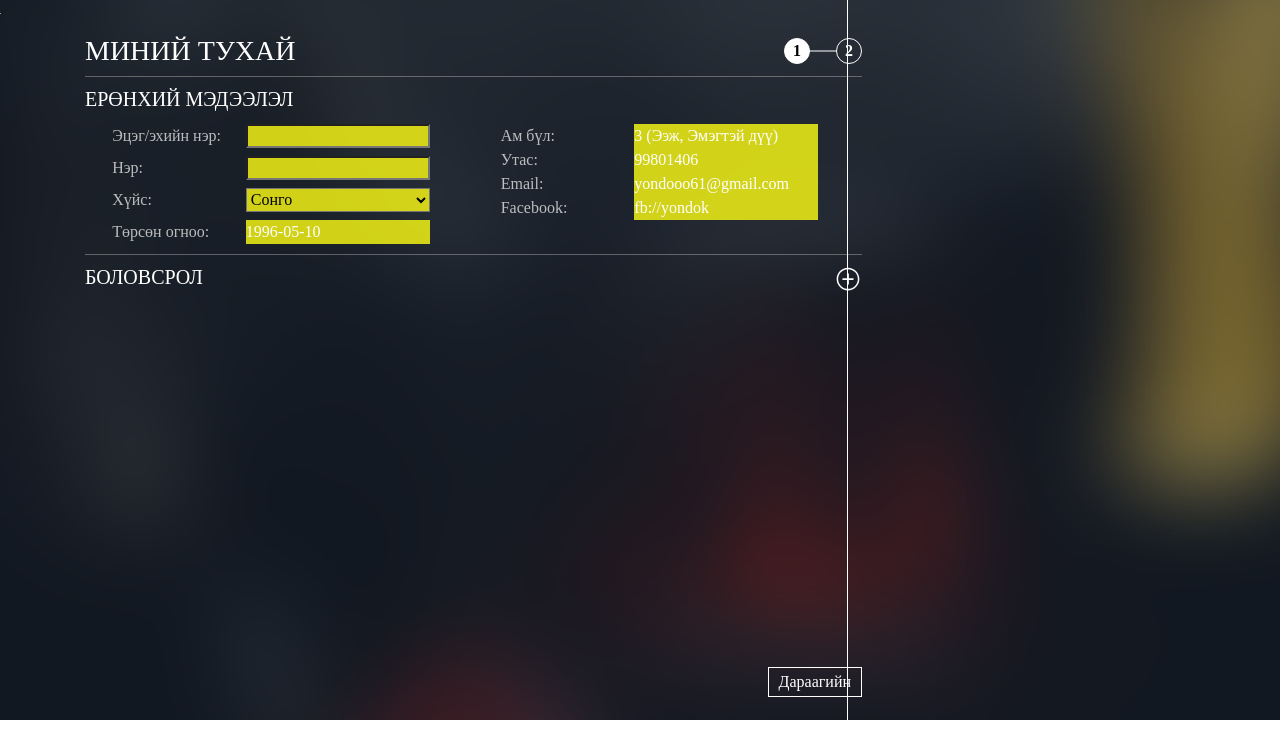
Repository: Yondo202/svProject
Page: /
The author's editor kept a copy of each file at every save. The page is drawn from the files as they stood at one save, then again after the next save.
The browser window is 1280 px wide. The pictures show the whole page.
The project was rebuilt for these pictures with package versions that can differ from the ones it lists, and the page was loaded fresh each time. The framework's server and built-in components were replaced by stand-ins that run in the browser. Also part of the build but not shown: next.config.js, style/style.scss.

Above is the page before, as saved 2020-11-20 01:26:45.

### pages/_app.js
import React from "react";
import App from "next/app";
import '../style/style.scss'
import { AnimatePresence } from "framer-motion";
import { MenuProvider } from "@/miscs/ContextMenuProvider";
import { ThemeProvider } from "styled-components";
import * as theme from "@/miscs/theme";
import checkLanguage from "@/components/miscs/checkLanguage";

const base = "http://localhost:1337";

class MyApp extends App {
    state = {
        menu: [],
        completelyLoaded: false,
    };
    // async componentDidMount() {
    //     let res = await checkLanguage(queryString, null);
    //     this.setState({ completelyLoaded: true, menu: res.data.menu.Main});
    // }

    render() {
        const { Component, pageProps, router } = this.props;

        return (
            <ThemeProvider theme={theme}>
                <MenuProvider value={this.state}>
                    <AnimatePresence exitBeforeEnter>
                        <Component {...pageProps} key={router.route} />
                    </AnimatePresence>
                </MenuProvider>
            </ThemeProvider>
        );
    }
}

export default MyApp;

const queryString = ``

// const queryString = `
// {
// menu {
//     Main {
//     Title Slug Page {
//         Slug
//         }
//         }
//     }
// }`;

### pages/_document.js
import css from '../style/style.scss'
import Document, { Html, Head, Main, NextScript } from 'next/document'
import Pixel from "@/components/miscs/Pixel";

class MyDocument extends Document {
    render(){
        return(
            <Html lang="mn">
                <Head>
                    <link rel="stylesheet" href="https://stackpath.bootstrapcdn.com/bootstrap/4.3.1/css/bootstrap.min.css" integrity="sha384-ggOyR0iXCbMQv3Xipma34MD+dH/1fQ784/j6cY/iJTQUOhcWr7x9JvoRxT2MZw1T" crossOrigin="anonymous"/>
                    <link rel="shortcut icon" href="/img/ico.png" />
                    <link href="https://fonts.googleapis.com/css2?family=Roboto:wght@300;400;700&display=swap" rel="stylesheet"/>
                    <link href="https://fonts.googleapis.com/css2?family=Poppins:wght@300;400;500&display=swap" rel="stylesheet"></link>
                    <Pixel/>
                </Head>
                <body>
                    <Main/>
                    <NextScript/>
                </body>
            </Html>
        )
    }
}

export default MyDocument

### pages/index.js
import React from "react";
import { motion } from "framer-motion";
import Background from '../components/Top'
import Forms from '../components/mainForm'

function index() {
    return (
        <div>
            <Background />
            <Forms />
        </div>
    )
}

export default index




























// import Root from "@/core/Root";
// import ResolveComponent from "@/components/dynamic/ResolveComponent"
// import checkLanguage from "@/components/miscs/checkLanguage";
// import { MenuContext } from '@/miscs/ContextMenuProvider'
// import { useContext } from "react";

// const Index = ({ data }) => {

//     let { Layout } = data
//     const { completelyLoaded } = useContext(MenuContext);

//     return (
//         <motion.div exit={{ opacity: 0 }} initial={{ opacity: 0 }} animate={{ opacity: 1 }} >
//             <Root noFooter>
//                 {completelyLoaded &&
//                     <ResolveComponent data={Layout} />
//                 }
//             </Root>
//         </motion.div>
//     );

// };
// export default Index;

// export async function getServerSideProps({ params, req }) {
//     let res = await checkLanguage('/home', req, true);
//     return { props: { data: res.data } }
// }

### components/miscs/ContextMenuProvider.js
import React from 'react';

const MenuContext = React.createContext();

const MenuProvider = MenuContext.Provider
const MenuConsumer = MenuContext.Consumer

export {MenuProvider, MenuConsumer, MenuContext}

### components/miscs/theme.js
export const colorOne = "#532532";
export const colorTwo = "#123123";
export const fontSize = "16px";
export const fontFamily1 = "Poppins', sans-serif"

### components/miscs/checkLanguage.js
import fetch from "node-fetch";
import parseCookies from '@/miscs/parseCookies';

const checkLanguage = async (queryString, req, normal) =>{

    const cookies = parseCookies(req);
    const httpObject = { method: 'post', headers: { 'Content-Type': 'application/json'}, body: JSON.stringify({ query: `query ${queryString}`})}

    if(normal){
        return new Promise(async(resolve, reject) => {
            if(cookies['tb-lang'] === "en"){
                const res = await fetch(`http://localhost:1337${queryString}`);
                const pageData = await res.json();
                return resolve({data: pageData});
            }
            else{
                const res = await fetch(`http://localhost:1337${queryString}`);
                const pageData = await res.json();
                return resolve({data: pageData});
            }
        })
    }

    return new Promise(async(resolve, reject)=>{
      if(cookies['tb-lang'] === "en"){
          const res = await fetch('http://localhost:1337/graphql', httpObject)
          const pageData = await res.json()
          return resolve({data: pageData.data});
      }
      else{
          const res = await fetch('http://localhost:1337/graphql', httpObject)
          const pageData = await res.json()
          return resolve({data: pageData.data});
      }
    })

}

export default checkLanguage

### components/miscs/Pixel.js
import React from "react";

export default () => (
    <React.Fragment>
        <script
            dangerouslySetInnerHTML={{
                __html: `!function(f,b,e,v,n,t,s){if(f.fbq)return;n=f.fbq=function(){n.callMethod?n.callMethod.apply(n,arguments):n.queue.push(arguments)};if(!f._fbq)f._fbq=n;n.push=n;n.loaded=!0;n.version='2.0';n.queue=[];t=b.createElement(e);t.async=!0;t.src=v;s=b.getElementsByTagName(e)[0];s.parentNode.insertBefore(t,s)}(window,document,'script','https://connect.facebook.net/en_US/fbevents.js');fbq('init', '626874991348714'); fbq('track', 'PageView');`,
            }}
        />
        <noscript
            dangerouslySetInnerHTML={{
                __html: `<img height="1" width="1" src="https://www.facebook.com/tr?id=626874991348714&ev=PageView&noscript=1"/>`,
            }}
        />
    </React.Fragment>
);

### components/Top.js
// import React from 'react';

// const Test = ({data}) => {
//     return (
//         <div>
//             {data.Title && <h1>{data.Title}hahhaha</h1>}
//         </div>
//     );
// };

// export default Test;

import React from 'react'
import styled from 'styled-components'
function top({data}) {
    return (
        <Conainer style={{backgroundImage:"url('/img/Blur.png')"}}>
        </Conainer>
    )
}

export default top


const Conainer = styled.div`
    color:white;
    background-size: cover;
    background-position:center center;
    min-height: 80vh;
    max-height: 100vh;
    height: 100vh;
    width: 100%;
    position: fixed;
    top:0;
    z-index: -2;
`

### components/miscs/parseCookies.js
import cookie from 'cookie'

export default function parseCookies(req) {
    return cookie.parse(req ? req.headers.cookie || "" : document.cookie);
}

### components/form1.js
import React,{useState} from 'react'
import styled from 'styled-components'
import Modal from 'react-modal';
import {IoIosAddCircleOutline} from 'react-icons/io'
import {RiAddLine} from 'react-icons/ri'
import Education from '../components/education'
import Axios from 'axios';


const customStyles = {
    content : {
      top                   : '50%',
      left                  : '50%',
      right                 : 'auto',
      bottom                : 'auto',
      marginRight           : '-50%',
      transform             : 'translate(-50%, -50%)'
    }
  };

function form1() {
    var subtitle;
    const [modalIsOpen,setIsOpen] = React.useState(false);
    function openModal() {
      setIsOpen(true);
    }
    function closeModal(){
    setIsOpen(false);
    }
    const [Value,setValue] = useState('хоосон');


    const handleClick = async (e) =>{
        e.preventDefault();
        let rs = document.querySelectorAll('.getinput');
        let arr = Array.from(rs);
        let final = {};
        arr.map(element=>{
            let field = element.name;
            let value = element.value;
            final[field] = value
        });
        console.log(final, "kekeke")
        await Axios.post('http://localhost:1337/forms', final);
    }
    // const capitalize = (s) => {
    //     if (typeof s !== 'string') return ''
    //     return s.charAt(0).toUpperCase() + s.slice(1)
    //   }

    return (
        <Conainer>
            <div className="headerPAr">
                <h5 className="title">ЕРӨНХИЙ МЭДЭЭЛЭЛ</h5>
            </div>
            <div className="ParentInfo">
                <div className="colOne">
                    <div className="main-info">
                        <label className="B">Эцэг/эхийн нэр:</label>
                        <input className="getinput val" type="text" name="parent" />
                    </div>
                    <div className="main-info">
                        <label className="B">Нэр:</label>
                        <input className="getinput val" type="text" name="name" />
                    </div>
                    <div className="main-info">
                        <label className="B">Хүйс:</label>
                        <select className="getinput val" name="sex" placeholder="сүно">
                            <option value="" >Сонго</option>
                            <option value="man">Эрэгтэй</option>
                            <option value="women">Эмэгтэй</option>
                        </select>
                    </div>
                    <div className="main-info">
                        <span className="B">Төрсөн огноо:</span>
                        <span className="val">1996-05-10</span>
                    </div>
                </div>

                <div className="colOne">
                    <div className="main-info">
                        <span className="B">Ам бүл:</span>
                        <span className="val">3 (Ээж, Эмэгтэй дүү)</span>
                    </div>
                    <div className="main-info">
                        <span className="B">Утас:</span>
                        <span className="val">99801406</span>
                    </div>
                    <div className="main-info">
                        <span className="B">Email:</span>
                        <span className="val">yondooo61@gmail.com</span>
                    </div>
                    <div className="main-info">
                        <span className="B">Facebook:</span>
                        <span className="val">fb://yondok</span>
                    </div>
                </div>
            </div>

            <Education />
        </Conainer>
    )
}

export default form1

const Conainer = styled.div`
    padding-top:10px;
    .headerPAr{
        width:70%;
        display:flex;
        flex-direction:row;
        justify-content:space-between;
        margin-bottom:5px;
        .svgBtn{
            cursor:pointer;
            font-size:28px;
            border-radius:50%;
            transition:all 0.3s ease;
            &:hover{
                color:black;
                background:white;
            }
        }
    }
    .ParentInfo{
         display:flex;
         flex-direction: row;
         justify-content:space-around;
         width:70%;
         font-size:16px;
         border-bottom: solid 0.5px rgba(255,255,255, 0.3);
         padding-bottom:10px;
         .colOne{
             width:43%;
             .main-info{
                display:flex;
                flex-direction:row;
                justify-content:start;

                 .B{
                     color:rgba(255,255,255, 0.7);
                     width:40%;
                 }
                 .val{
                    width:55%;
                    background:rgba(255,255,20, 0.8);
                    height:24px;
                 }
             }
         }
    }
    @media only screen and (max-width:786px){
        .headerPAr{
            width:100%;
        }
        .ParentInfo{
            flex-direction: column;
            width:100%;
            .colOne{
                width:100%;
            }
        }
    }
`

### components/form2.js
import React from 'react'
import styled from 'styled-components'
import Modal from 'react-modal';
import {IoIosAddCircleOutline} from 'react-icons/io'
import {RiAddLine} from 'react-icons/ri'
import Education from '../components/education'


const customStyles = {
    content : {
      top                   : '50%',
      left                  : '50%',
      right                 : 'auto',
      bottom                : 'auto',
      marginRight           : '-50%',
      transform             : 'translate(-50%, -50%)'
    }
  };

function form2() {
    var subtitle;
    const [modalIsOpen,setIsOpen] = React.useState(false);
    function openModal() {
      setIsOpen(true);
    }
    function afterOpenModal() {
        // references are now sync'd and can be accessed.
        subtitle.style.color = '#0E3232';
      }
    function closeModal(){
    setIsOpen(false);
    }
    return (
        <Conainer>
            <div className="headerPAr">
                <h5 className="title">ЕРӨНХИЙ МЭДЭЭЛЭЛ</h5>
                <div>
                <IoIosAddCircleOutline  className="svgBtn" onClick={openModal} />
                {/* <span  className="svgBtn" onClick={openModal}>+</span> */}
                    <Modal
                        isOpen={modalIsOpen}
                        onAfterOpen={afterOpenModal}
                        onRequestClose={closeModal}
                        style={customStyles}
                        contentLabel="Example Modal"
                    >
                        {/* <h2 ref={_subtitle => (subtitle = _subtitle)}>Hello</h2> */}
                        <button onClick={closeModal}>close</button>
                        <form>
                            {/* <input />
                            <button>tab navigation</button>
                            <button>stays</button>
                            <button>inside</button>
                            <button>the modal</button> */}
                        </form>
                    </Modal>
                    </div>
                </div>
            <div className="ParentInfo">
                <div className="colOne">
                    <div className="main-info">
                        <span className="B">Эцэг/эхийн нэр:</span>
                        <span className="val">Гантулга</span>
                    </div>
                    <div className="main-info">
                        <span className="B">Нэр:</span>
                        <span className="val">Ёндонжамц</span>
                    </div>
                    <div className="main-info">
                        <span className="B">Хүйс:</span>
                        <span className="val">Эр</span>
                    </div>
                    <div className="main-info">
                        <span className="B">Төрсөн огноо:</span>
                        <span className="val">1996-05-10</span>
                    </div>
                </div>

                <div className="colOne">
                    <div className="main-info">
                        <span className="B">Ам бүл:</span>
                        <span className="val">3 (Ээж, Эмэгтэй дүү)</span>
                    </div>
                    <div className="main-info">
                        <span className="B">Утас:</span>
                        <span className="val">99801406</span>
                    </div>
                    <div className="main-info">
                        <span className="B">Email:</span>
                        <span className="val">yondooo61@gmail.com</span>
                    </div>
                    <div className="main-info">
                        <span className="B">Facebook:</span>
                        <span className="val">fb://yondok</span>
                    </div>
                </div>
            </div>

            <Education />
        </Conainer>
    )
}

export default form2

const Conainer = styled.div`
    padding-top:10px;
    .headerPAr{
        width:70%;
        display:flex;
        flex-direction:row;
        justify-content:space-between;
        margin-bottom:5px;
        .svgBtn{
            cursor:pointer;
            font-size:28px;
            border-radius:50%;
            transition:all 0.3s ease;
            &:hover{
                color:black;
                background:white;
            }
        }
    }
    .ParentInfo{
         display:flex;
         flex-direction: row;
         justify-content:space-around;
         width:70%;
         font-size:16px;
         border-bottom: solid 0.5px rgba(255,255,255, 0.3);
         padding-bottom:10px;
         .colOne{
             width:43%;
             .main-info{
                display:flex;
                flex-direction:row;
                justify-content:space-between;

                 .B{
                     color:rgba(255,255,255, 0.7);
                     width:40%;
                 }
                 .val{
                    // margin-left:15px;
                    width:55%;
                 }
             }
         }
    }
`

### components/education.js
import React from 'react'
import styled from 'styled-components'
import {IoIosAddCircleOutline} from 'react-icons/io'
import Modal from 'react-modal';

const customStyles = {
    content : {
      top                   : '50%',
      left                  : '50%',
      right                 : 'auto',
      bottom                : 'auto',
      marginRight           : '-50%',
      transform             : 'translate(-50%, -50%)'
    }
  };
function education() {
    var subtitle;
    const [modalIsOpen,setIsOpen] = React.useState(false);
    function openModal() {
      setIsOpen(true);
    }
    function afterOpenModal() {
        // references are now sync'd and can be accessed.
        subtitle.style.color = '#0E3232';
      }
    function closeModal(){
    setIsOpen(false);
    }


    return (
        <Container>
            <div className="headerPAr">
                <h5 className="title">БОЛОВСРОЛ</h5>
                <div>
                <IoIosAddCircleOutline className="svgBtn" onClick={openModal} />
                    <Modal
                        isOpen={modalIsOpen}
                        onAfterOpen={afterOpenModal}
                        onRequestClose={closeModal}
                        style={customStyles}
                        contentLabel="Example Modal"
                    >
                        <h2 ref={_subtitle => (subtitle = _subtitle)}>Hello</h2>
                        <button onClick={closeModal}>close</button>
                        <form>
                            <input />
                            <button>tab navigation</button>
                            <button>stays</button>
                            <button>inside</button>
                            <button>the modal</button>
                        </form>
                    </Modal>
                    </div>
                </div>
        </Container>
    )
}

export default education


const Container = styled.div`
    padding-top:10px;

`

Loaded but not shown: components/mainForm.js (180 lines, source omitted)

After the next save:
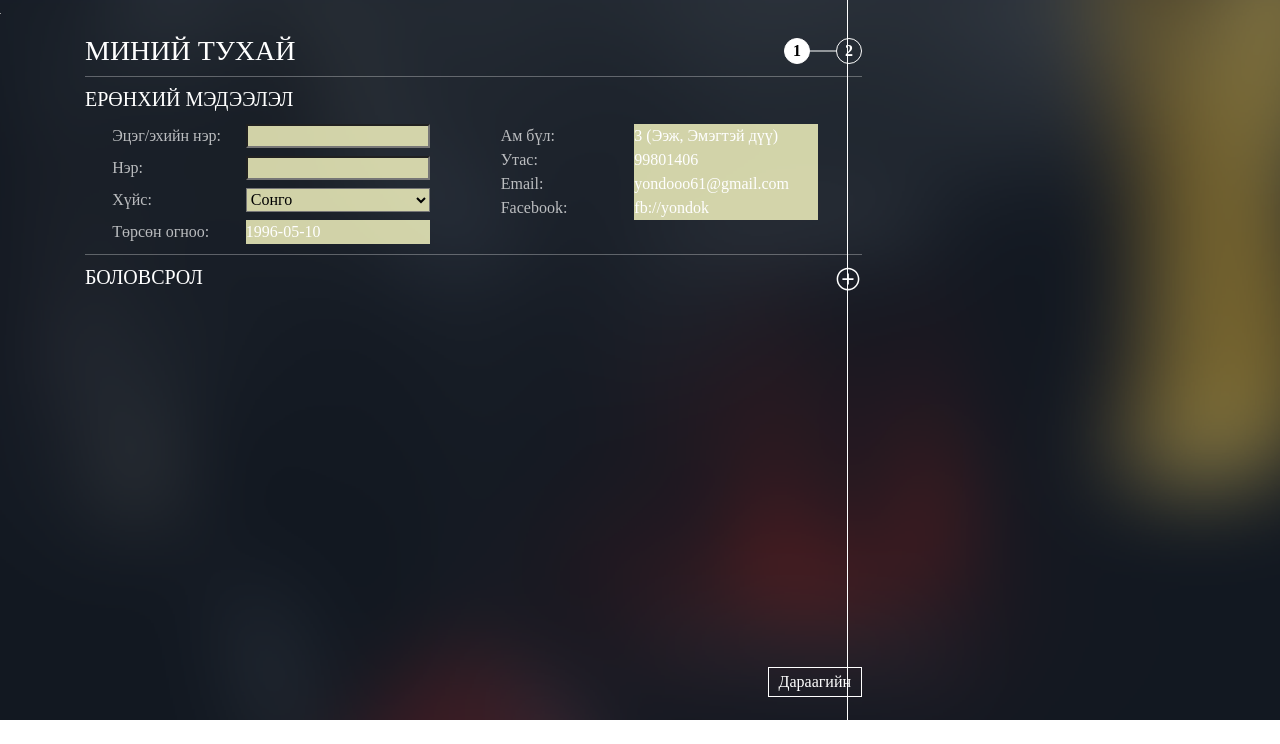
Saved 7 s later.
--- a/components/form1.js
+++ b/components/form1.js
@@ -144,7 +144,7 @@ const Conainer = styled.div`
                  }
                  .val{
                     width:55%;
-                    background:rgba(255,255,20, 0.8);
+                    background:rgba(255,255,200, 0.8);
                     height:24px;
                  }
              }
